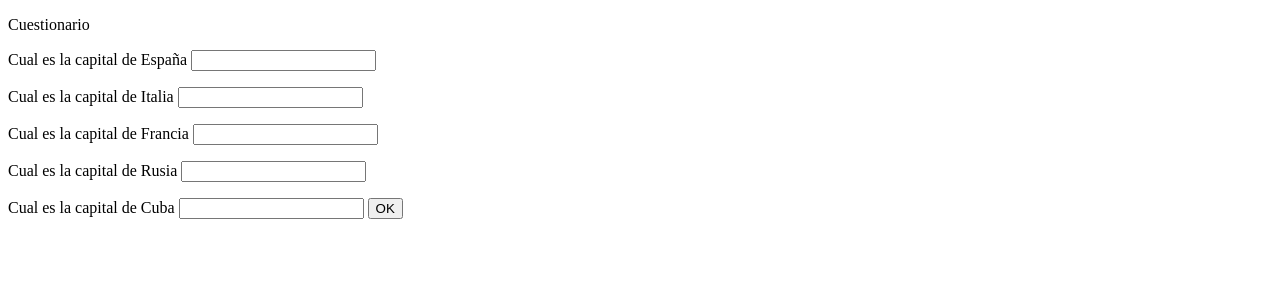
Repository: Matmart13/Acceso-a-Datos-2
Page: http://localhost/JSP1/Ejercicio4.jsp
The author's editor kept a copy of each file at every save. The page is drawn from the files as they stood at one save, then again after the next save.
The browser window is 1280 px wide. The pictures show the whole page.
The page is served by Tomcat 9.

Above is the page before, as saved 2023-01-30 15:02:29.

### JSP1/src/main/webapp/Ejercicio4.jsp
<%-- Ejercicio 5.jsp --%>
<%@page contentType="text/html" pageEncoding="UTF-8"%>
<!DOCTYPE html>
<html>
<head>
<meta http-equiv="Content-Type" content="text/html; charset=UTF-8">
</head>
<body>
<p>Cuestionario</p>
<form method="get" action="resultadoEj4.jsp">
<p>Cual es la capital de España
<input type="text" name="España"></p>
<p>Cual es la capital de Italia
<input type="text" name="Italia"></p>
<p>Cual es la capital de Francia
<input type="text" name="Francia"></p>
<p>Cual es la capital de Rusia
<input type="text" name="Rusia"></p>
Cual es la capital de Cuba
<input type="text" name="Cuba">
<input type="submit" value="OK">
</form>
</body>
</html>

After the next save:
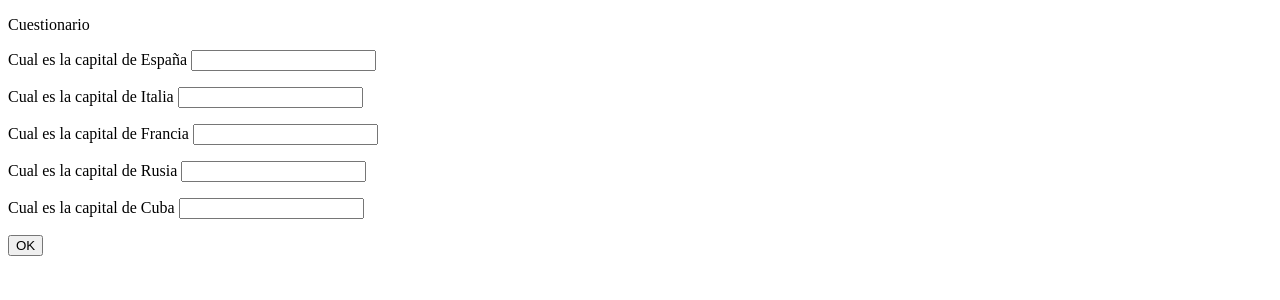
Saved 8 s later.
--- a/JSP1/src/main/webapp/Ejercicio4.jsp
+++ b/JSP1/src/main/webapp/Ejercicio4.jsp
@@ -16,8 +16,8 @@
 <input type="text" name="Francia"></p>
 <p>Cual es la capital de Rusia
 <input type="text" name="Rusia"></p>
-Cual es la capital de Cuba
-<input type="text" name="Cuba">
+<p>Cual es la capital de Cuba
+<input type="text" name="Cuba"></p>
 <input type="submit" value="OK">
 </form>
 </body>
